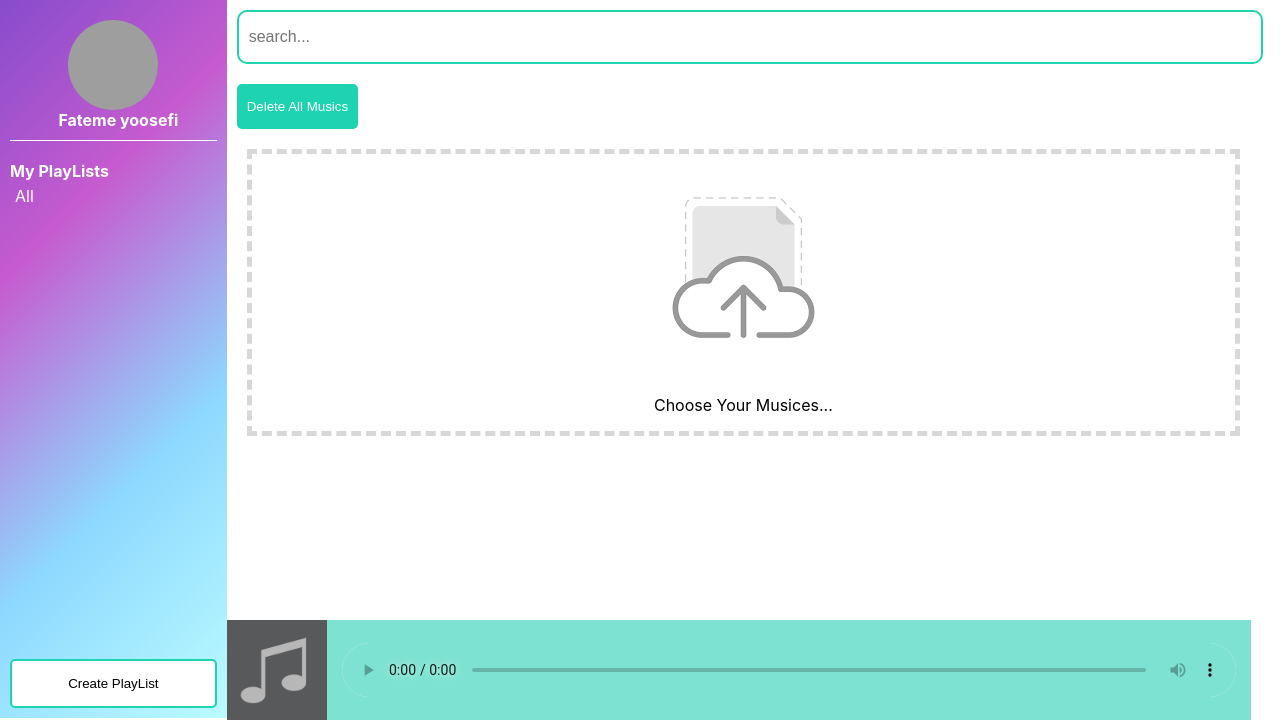
Repository: fateme81yosefi/musicPlayer
Page: /
The author's editor kept a copy of each file at every save. The page is drawn from the files as they stood at one save, then again after the next save.
The browser window is 1280 px wide. The pictures show the whole page.
Pictures or frames that could not be fetched are drawn as grey boxes. The project was rebuilt for these pictures with package versions that can differ from the ones it lists, and the page was loaded fresh each time.

Above is the page before, as saved 2025-06-28 13:46:02.

After the next save:
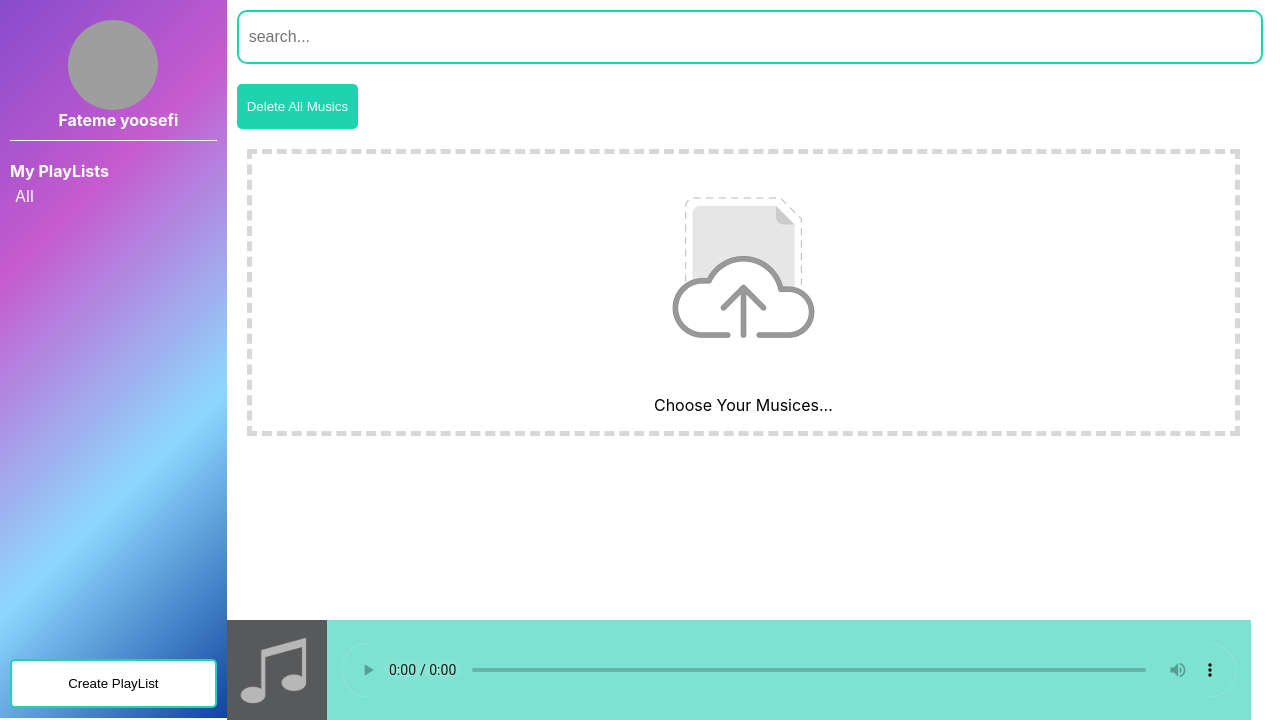
Saved 16 s later.
--- a/src/Components/MainPage/MainPage.css
+++ b/src/Components/MainPage/MainPage.css
@@ -9,7 +9,7 @@
     #874CCC 0%,
     #C65BCF 30%,
     #8dd8ff 65%,
-    #bbfbff 100%
+    #10439F 100%
   );
   width: 20%;
   height: 97vh;
